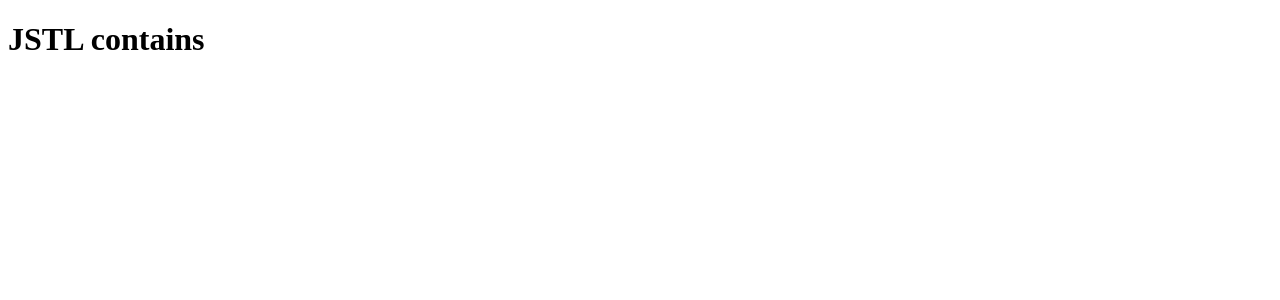
Repository: vedang03/servlet-jsp
Page: http://localhost/07-JSTL-functions/test.jsp
The author's editor kept a copy of each file at every save. The page is drawn from the files as they stood at one save, then again after the next save.
The browser window is 1280 px wide. The pictures show the whole page.
The page is served by Tomcat 9.

Above is the page before, as saved 2023-10-12 17:28:25.

### 07-JSTL-functions/WebContent/test.jsp
<%@ page language="java" contentType="text/html; charset=ISO-8859-1"
    pageEncoding="ISO-8859-1"%>
<%@ taglib uri="http://java.sun.com/jsp/jstl/core" prefix="c" %>
<%@ taglib uri="http://java.sun.com/jsp/jstl/functions" prefix="fn" %>
<!DOCTYPE html>
<html>
<head>
<meta charset="ISO-8859-1">
<title>Insert title here</title>
</head>
<body>
<h1>JSTL contains</h1>
<c:set var="str1" value="jstl" ></c:set>
<c:set var="str2" value="jstl fn" ></c:set>

 <c:if test="${fn:contains(str1, str2)}">
  <c:out value="'jstl fn' substring present in 'jstl' string" />
</c:if>
</body>
</html>

After the next save:
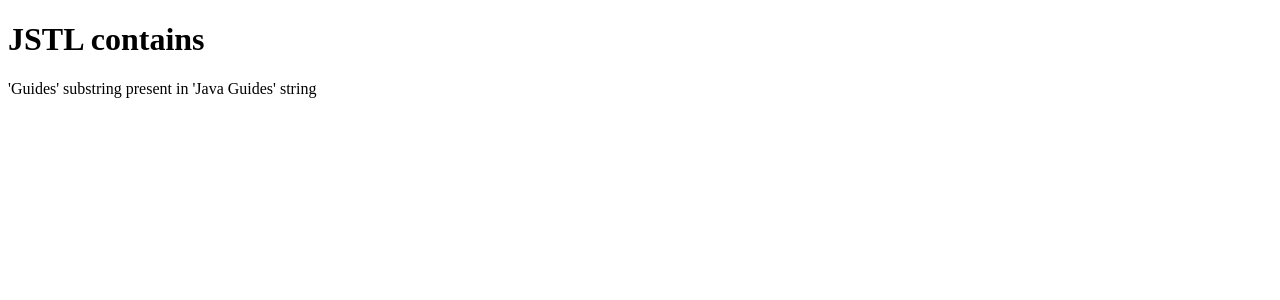
Saved 50 s later.
--- a/07-JSTL-functions/WebContent/test.jsp
+++ b/07-JSTL-functions/WebContent/test.jsp
@@ -10,11 +10,11 @@
 </head>
 <body>
 <h1>JSTL contains</h1>
-<c:set var="str1" value="jstl" ></c:set>
-<c:set var="str2" value="jstl fn" ></c:set>
+<c:set var="str1" value="Java Guides" ></c:set>
+<c:set var="str2" value="Guides" ></c:set>
 
  <c:if test="${fn:contains(str1, str2)}">
-  <c:out value="'jstl fn' substring present in 'jstl' string" />
+  <c:out value="'Guides' substring present in 'Java Guides' string" />
 </c:if>
 </body>
 </html>
